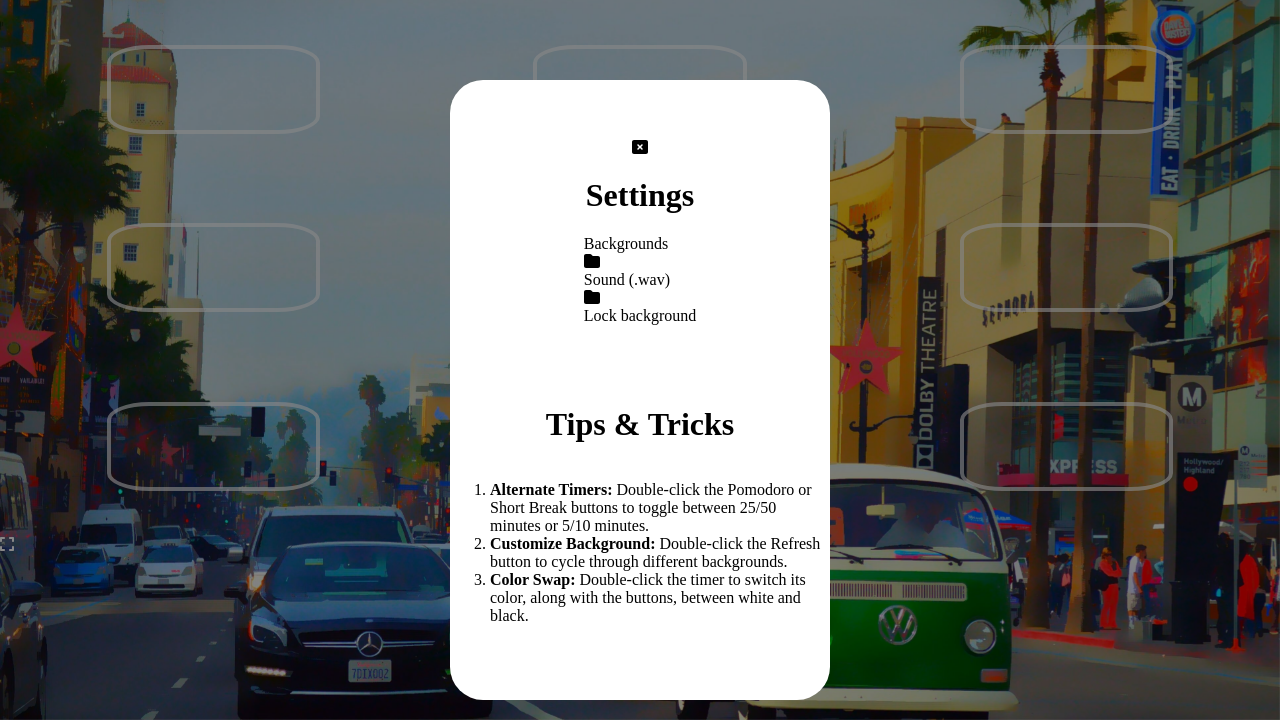
Repository: ttommytan/pomodoro
Page: /, after clicking the first element matching `svg.fa-gear`
The author's editor kept a copy of each file at every save. The page is drawn from the files as they stood at one save, then again after the next save.
The browser window is 1280 px wide. The pictures show the whole page.
The project was rebuilt for these pictures with package versions that can differ from the ones it lists, and the page was loaded fresh each time. Also part of the build but not shown: vite.config.js, src/components/Test.jsx, src/components/SliderComponent.jsx. Imported but missing from the stored project, and not drawn on this page: src/assets/chime.wav.

Above is the page before, as saved 2024-08-27 11:12:23.

After the next save:
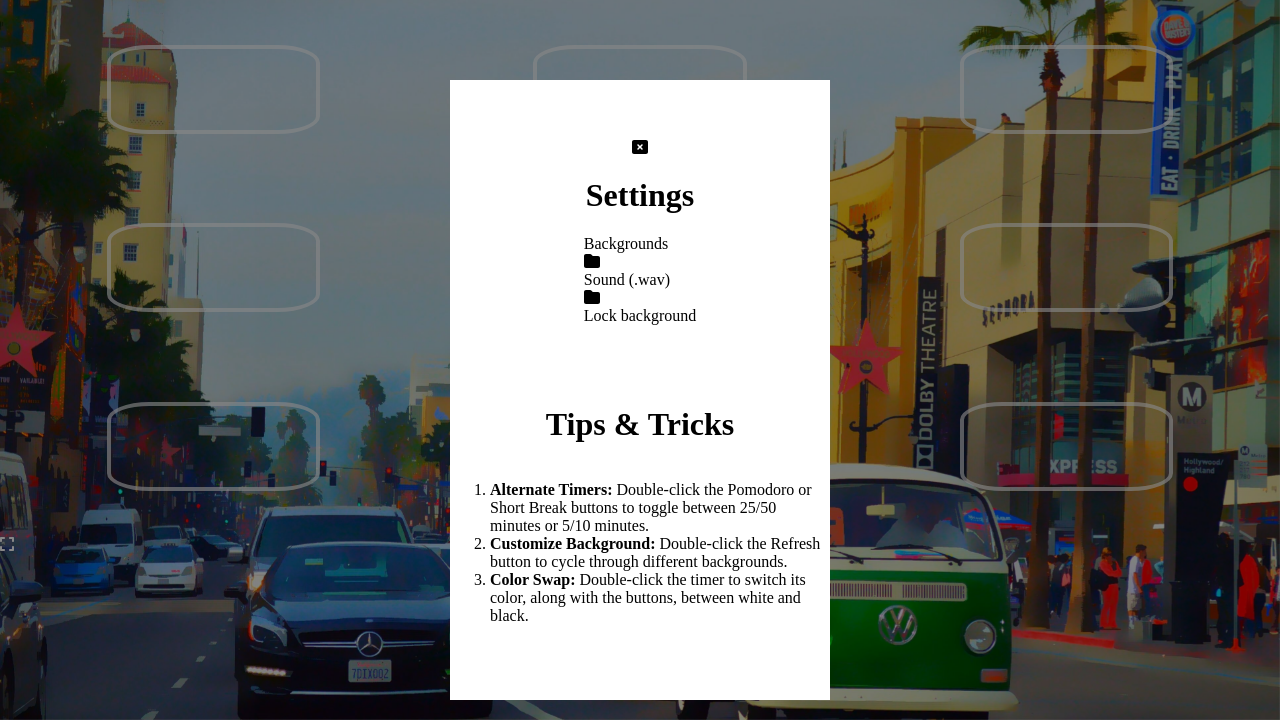
Saved 14 s later.
--- a/src/index.css
+++ b/src/index.css
@@ -305,6 +305,6 @@
   justify-content: center;
   align-items: center;
   transform: translateY(30px);
-  border-radius: 33px;
+
   z-index: 1001;
 }
